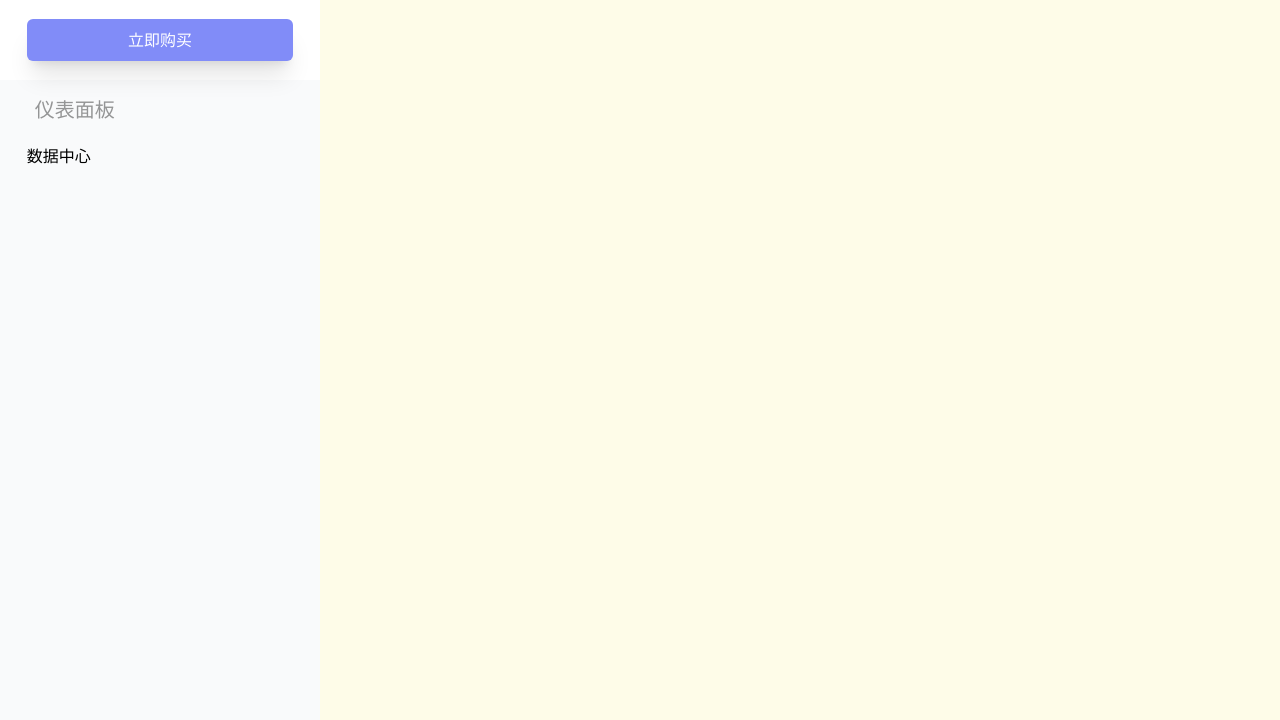
Repository: LiuRuohui/useWater
Page: /
An editor plug-in stored every save of this project. The page is shown before and after the next save, followed by the edit.
The browser window is 1280 px wide. The pictures show the whole page.
The project was rebuilt for these pictures with package versions that can differ from the ones it lists, and the page was loaded fresh each time. Also part of the build but not shown: vite.config.js.

Above is the page before, as saved 2022-04-06 09:13:36.

### src/App.vue
<script setup>
import HelloWorld1 from './components/HelloWorld.vue';
</script>

<template>
  <HelloWorld1></HelloWorld1>
</template>

<style>
</style>

### src/index.css
@tailwind base;
@tailwind components;
.inputFrame {
    @apply appearance-none rounded-none relative block w-full px-3 py-2 border border-gray-300 placeholder-gray-500 text-gray-900
}

.inputFrame:focus {
    @apply outline-none border-indigo-500 z-10 inline-block px-5 py-3 rounded-lg shadow-lg
}

.btn {
    @apply relative flex w-full justify-center py-2 border border-transparent font-medium rounded-md text-white bg-indigo-400
}

.btn:hover {
    @apply bg-indigo-500
}

.btn:focus {
    @apply outline-none ring-2 ring-offset-2 ring-indigo-400
}

@tailwind utilities;

### src/components/HelloWorld.vue
<script setup>

</script>

<template>
<div class="w-full h-screen flex flex-row">
  <div class="w-1/4 h-screen justify-center items-center flex flex-col">
    <div class="w-full h-20 justify-center items-center flex">
        <div class="w-5/6">
            <button class="btn text-white justify-center items-center shadow-xl">立即购买</button>
        </div>
    </div>
    <div class="w-full flex flex-grow bg-gray-50 justify-center">
        <div class="w-5/6 pt-4 flex flex-col">
            <div class="h-8 text-xl opacity-40 pl-2">仪表面板</div>
            <div class="mt-4 flex flex-grow">
                <div class="flex flex-row">
                  <img src="" alt="" class="h-8">
                  <div class="">数据中心</div>
                </div>
            </div>
        </div>
    </div>
  </div>
  <div class="flex flex-grow bg-yellow-50">

  </div>
</div>
</template>

<style scoped>

</style>

### tailwind.config.js
module.exports = {
    content: [
        "./index.html",
        "./src/**/*.{vue,js,ts,jsx,tsx}",
    ],
    theme: {
        extend: {},
    },
    variants: {
        backgroundColor: ['responsive', 'hover', 'focus', 'active']
    },
    plugins: [],
}

Loaded but not shown: index.html (common file); src/main.js (common file)

After the next save:
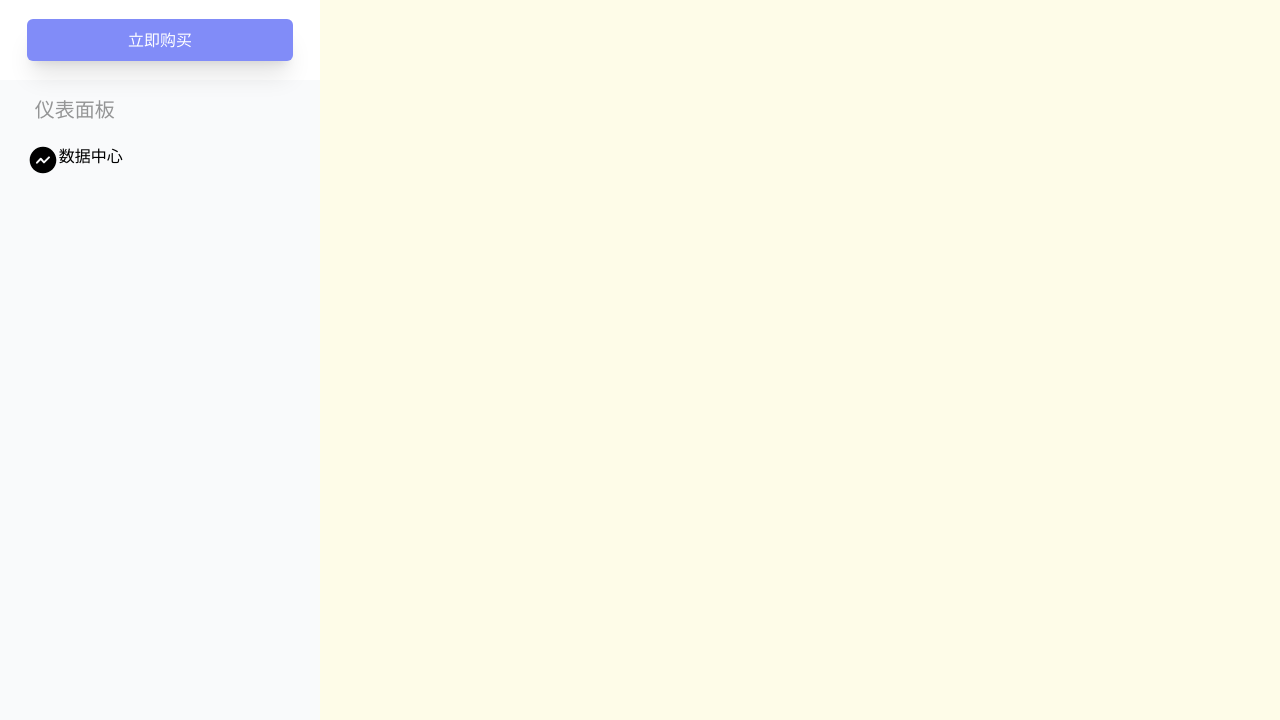
Saved 103 s later.
--- a/src/components/HelloWorld.vue
+++ b/src/components/HelloWorld.vue
@@ -15,7 +15,7 @@
             <div class="h-8 text-xl opacity-40 pl-2">仪表面板</div>
             <div class="mt-4 flex flex-grow">
                 <div class="flex flex-row">
-                  <img src="" alt="" class="h-8">
+                  <img src="../assets/数据.svg" alt="" class="h-8">
                   <div class="">数据中心</div>
                 </div>
             </div>
